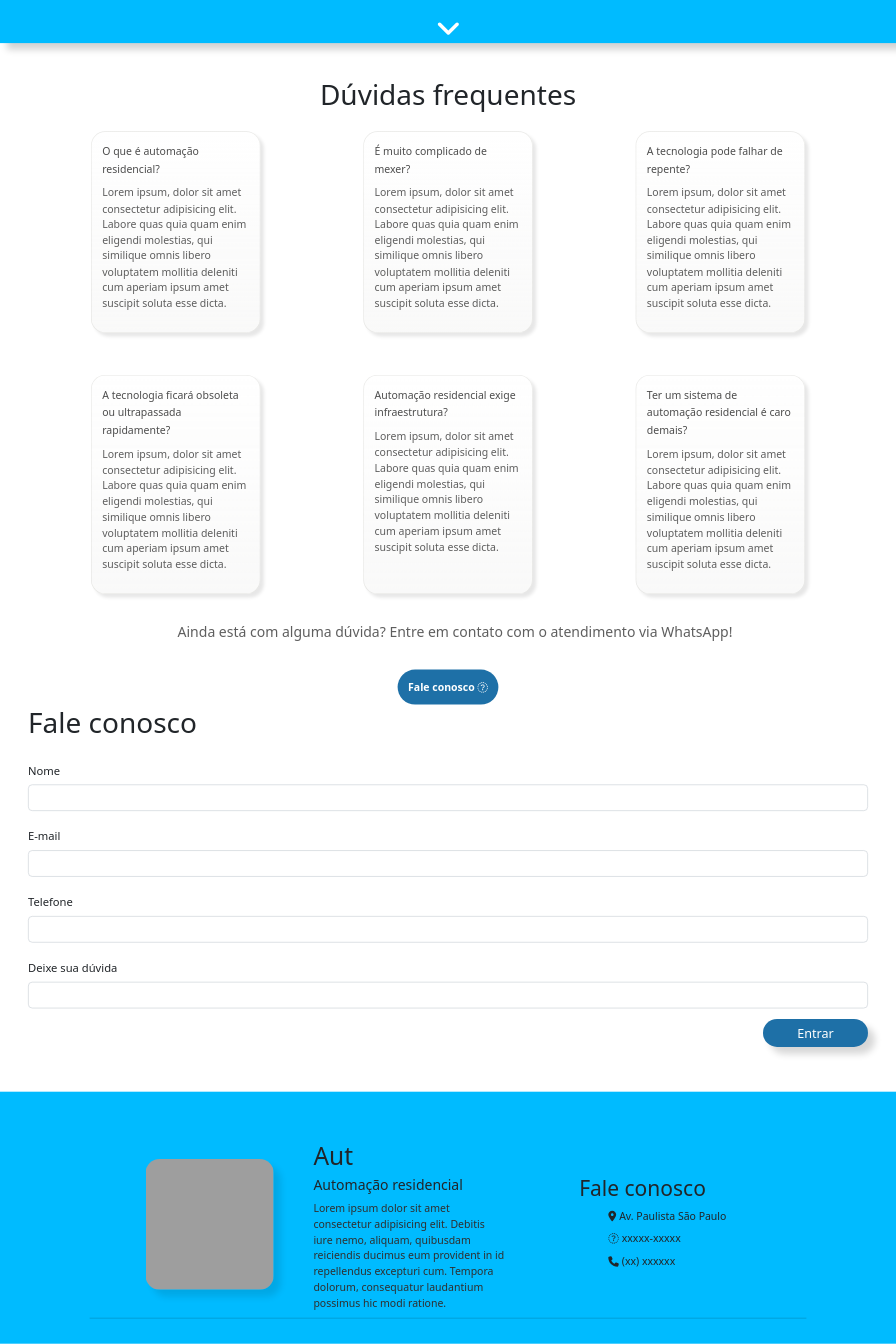
Repository: BulleST/SouHi_Institucional
Page: home.html
The author's editor kept a copy of each file at every save. The page is drawn from the files as they stood at one save, then again after the next save.
The browser window is 1280 px wide. The pictures show the part of the page from y = 1621 to 3541 px (the page is 3541 px tall before and 3447 px after), at 70% of full size.
Pictures or frames that could not be fetched are drawn as grey boxes.

Above is the page before, as saved 2022-10-27 17:19:45.

### home.html
<!DOCTYPE html>
<html lang="pt-br">

<head>
  <meta charset="UTF-8">
  <meta http-equiv="X-UA-Compatible" content="IE=edge">
  <meta name="viewport" content="width=device-width, initial-scale=1.0">
  <title>SouHi - Soluções Automatizadas</title>

  <script src="https://code.jquery.com/jquery-3.6.1.js" integrity="sha256-3zlB5s2uwoUzrXK3BT7AX3FyvojsraNFxCc2vC/7pNI="
    crossorigin="anonymous"></script>


    <!-- Bootstrap -->
<link href="https://cdn.jsdelivr.net/npm/bootstrap@5.2.2/dist/css/bootstrap.min.css" rel="stylesheet" integrity="sha384-Zenh87qX5JnK2Jl0vWa8Ck2rdkQ2Bzep5IDxbcnCeuOxjzrPF/et3URy9Bv1WTRi" crossorigin="anonymous">
<script src="https://cdn.jsdelivr.net/npm/bootstrap@5.2.2/dist/js/bootstrap.bundle.min.js" integrity="sha384-OERcA2EqjJCMA+/3y+gxIOqMEjwtxJY7qPCqsdltbNJuaOe923+mo//f6V8Qbsw3" crossorigin="anonymous"></script>
  <!-- Fontawesome -->
  <link rel="stylesheet" href="https://cdnjs.cloudflare.com/ajax/libs/font-awesome/6.2.0/css/all.min.css"
    integrity="sha512-xh6O/CkQoPOWDdYTDqeRdPCVd1SpvCA9XXcUnZS2FmJNp1coAFzvtCN9BmamE+4aHK8yyUHUSCcJHgXloTyT2A=="
    crossorigin="anonymous" referrerpolicy="no-referrer" />
  <script src="https://cdnjs.cloudflare.com/ajax/libs/font-awesome/6.2.0/js/all.min.js"
    integrity="sha512-naukR7I+Nk6gp7p5TMA4ycgfxaZBJ7MO5iC3Fp6ySQyKFHOGfpkSZkYVWV5R7u7cfAicxanwYQ5D1e17EfJcMA=="
    crossorigin="anonymous" referrerpolicy="no-referrer"></script>

  <!-- Slick Carousel -->
  <link rel="stylesheet" type="text/css" href="https://cdn.jsdelivr.net/npm/slick-carousel@1.8.1/slick/slick.css" />
  <script type="text/javascript" src="https://cdn.jsdelivr.net/npm/slick-carousel@1.8.1/slick/slick.min.js"></script>

  <!-- AOS -->
  <link rel="stylesheet" href="https://unpkg.com/aos@next/dist/aos.css">
  <script src="https://unpkg.com/aos@next/dist/aos.js"></script>

  <link rel="stylesheet" href="style.css">
  <script src="script.js" defer></script>

</head>

<body>
  <header>
    <div class="header-container bg-on" id="header">
      <div class="header-position">
        <div class="flex-item-image">
          <img src="img/logo_claro.png" alt="Logo Souhi">
        </div>
        <div class="flex-item-rotas">
          <nav class="rotas">
            <ul>
            <li> <a class="header__navigation-link" href="#home">Home</a></li>
              <li><a class="header__navigation-link" href="#quem-somos">Quem somos</a></li>
              <li><a class="header__navigation-link" href="#produtos">Ofertas</a></li>
              <li><a class="header__navigation-link" href="#duvidas">FAQ</a></li>
              <li><a class="header__navigation-link" href="#contatos">Contatos</a></li>
            </ul>
          </nav>
        </div>
        <div class="flex-item-contato">
          <a href="" class="btn-fale-conosco">Fale conosco!</a>
        </div>
      </div>
    </div>
  </header>


  <section>
    <section class="carrossel" id="inicio">
      <button class="btn-scroll-down">
        <i class="fas fa-chevron-down"></i>
      </button>
      <div class="slider">
        <div class=" first-item">
          <div class="slider__item-inner slider__item d-flex first-item-inner">
            <div class="slider__item-content first-content">
              <h3>Lorem Ipsum</h3>
              <hr>
              <p>Lorem ipsum dolor, sit amet consectetur adipisicing elit. Beatae fugiat voluptas consequatur voluptate perspiciatis aspernatur voluptates dolores inventore vero incidunt officia, modi dolorum. </p>
              <p class="my-2">Conheça nossos produtos!</p>
              <button class="btn btn-confira">Confira</button>
            </div>
            <div class="slider__item-image first-image">
              <img src="./img/house.png" alt="">
            </div>
          </div>
        </div>
        <div class="  second-item">

          <div class=" d-flex slider__item  second-item-inner">

            <div class="second-contain">
              <div class=" second-image">

                <img src="img/ic_launcher.png" alt="" >
                <img src="./img/phone.png" alt="">

              </div>
            <div class=" second-content">
              <h3>Lorem Ipsum</h3>

              <p>Lorem ipsum dolor, sit amet consectetur adipisicing elit.  </p>
              <a href="" class="btn-fale-conosco">Fale conosco!</a>

            </div>

          </div>

          </div>
        </div>
        <div class="  third-item">
          <div class=" d-flex slider__item  third-item-inner">
            <div class="third-contain">
              <div class=" third-image">
                <img src="img/smart-house-8.png" alt="" >
              </div>
            <div class=" third-content">
              <h3>Lorem Ipsum Ipsum</h3>
              <p>Lorem ipsum dolor, sit amet consectetur adipisicing elit. Lorem ipsum dolor, sit amet consectetur adipisicing elit. orem ipsum dolor, sit amet consectetur adipisicing elit. </p>
              <a href="" class="btn-fale-conosco mt-2">Fale conosco!</a>
            </div>
          </div>
          </div>
        </div>
        </div>
      </div>
    </section>

    <div class="bg">
      <div class="container wrapper">
        <section class="quem-somos" id="quem-somos">
          <img src="img/teste.jpg" alt="" class="imagem" data-aos="fade-right">
          <div class="texto" data-aos="fade-left">

            <h1>Quem somos</h1>
            <p>Lorem ipsum, dolor sit amet consectetur adipisicing elit. Iure, obcaecati alias magni reiciendis non ipsa
              asperiores deserunt quibusdam quasi ut odit, quaerat ex eum fugit pariatur rerum eius vitae maiores?</p>

            <button class="btn">Saiba mais <span> <i class="fa-solid fa-angles-right"></i></span></button>
          </div>
        </section>
        <div class="beneficios">
          <div class="card card-1" data-aos="fade-up">
            <div class="card-texto">
              <span> <i class="fa-solid fa-dollar-sign icone-card"></i></span>
              <h1>Economia</h1>
              <p>Lorem, ipsum dolor sit amet consectetur adipisicing elit. Saepe placeat repellat magni est praesentium
                quaerat aspernatur incidunt sint, quisquam voluptates aut fugiat vel dolorum maxime alias autem, sunt
                quae amet!</p>
            </div>
          </div>
          <div class="card card-2" data-aos="fade-up">
            <div class="card-texto">
              <span> <i class="fa-solid fa-shield icone-card"></i></span>
              <h1>Segurança</h1>
              <p>Lorem, ipsum dolor sit amet consectetur adipisicing elit. Saepe placeat repellat magni est praesentium
                quaerat aspernatur incidunt sint, quisquam voluptates aut fugiat vel dolorum maxime alias autem, sunt
                quae amet!</p>
            </div>
          </div>
          <div class="card card-3" data-aos="fade-up">
            <div class="card-texto">
              <span> <i class="fa-solid fa-check icone-card"></i></span>
              <h1>Conveniência</h1>
              <p>Lorem, ipsum dolor sit amet consectetur adipisicing elit. Saepe placeat repellat magni est praesentium
                quaerat aspernatur incidunt sint, quisquam voluptates aut fugiat vel dolorum maxime alias autem, sunt
                quae amet!</p>
            </div>
          </div>
          <div class="card card-4" data-aos="fade-up">
            <div class="card-texto">
              <span> <i class="fa-solid fa-couch icone-card"></i></span>
              <h1>Conforto</h1>
              <p>Lorem, ipsum dolor sit amet consectetur adipisicing elit. Saepe placeat repellat magni est praesentium
                quaerat aspernatur incidunt sint, quisquam voluptates aut fugiat vel dolorum maxime alias autem, sunt
                quae amet!</p>
            </div>
          </div>
        </div>
      </div>


      <div class="produtos-fechado" id="produtos">
        <div class="produtos-texto">
          <h1>O que você quer automatizar?</h1>
          <p>Lorem ipsum dolor sit, amet consectetur adipisicing elit. Explicabo odit eveniet molestiae reiciendis ab
            odio ipsum labore! Culpa optio consectetur, laboriosam quia enim vitae consequuntur tempora id in quos
            ipsum!</p>

          <span class="pra"><i class="fa-solid fa-angle-down down" id="show-or-hide"></i></span>
        </div>

      </div>
      <!-- <div class="produtos-aberto">
        <div class=" sessao  mySwiper container">
          <div class="swiper-wrapper content">

            <div class="swiper-slide card">
              <div class="card-content">

                <div class="image">
                  <img src="https://source.unsplash.com/random/250x250" alt="" class="eseu">

                </div>
              </div>
            </div>

            <div class="swiper-slide card">
              <div class="card-content">

                <div class="image">
                  <img src="https://source.unsplash.com/random/250x250" alt="" class="eseu">
                </div>
              </div>
            </div>

            <div class="swiper-slide card">

              <div class="card-content">

                <div class="image">
                  <img src="https://source.unsplash.com/random/250x250" alt="" class="eseu">
                </div>
              </div>
            </div>

            <div class="swiper-slide card">
              <div class="card-content">


                <div class="image">

                  <img src="https://source.unsplash.com/random/250x250" alt="" class="eseu">
                </div>
              </div>
            </div>
          </div>
        </div>
        <div class="swiper-button-next"></div>
        <div class="swiper-button-prev"></div>
        <div class="swiper-paggination"></div>
      </div> -->
    </div>






    <div class="wrapper">
      <div class="duvidas" id="duvidas">
        <h1>Dúvidas frequentes</h1>
        <div class="duvida-card">
          <div class="grupo1">
            <div class="duvida s1 " data-aos="fade-up">
              <span>
                <fa-icon [icon]="['fas', 'question-circle']" class="duvidas-icones"></fa-icon>
                <h2>O que é automação residencial?</h2>
              </span>
              <p>Lorem ipsum, dolor sit amet consectetur adipisicing elit. Labore quas quia quam enim eligendi
                molestias, qui similique omnis libero voluptatem mollitia deleniti cum aperiam ipsum amet suscipit
                soluta esse dicta.</p>
            </div>
            <div class="duvida s2 " data-aos="fade-up">
              <span>
                <fa-icon [icon]="['fas', 'question-circle']" class="duvidas-icones"></fa-icon>
                <h2>É muito complicado de mexer?</h2>
              </span>

              <p>Lorem ipsum, dolor sit amet consectetur adipisicing elit. Labore quas quia quam enim eligendi
                molestias, qui similique omnis libero voluptatem mollitia deleniti cum aperiam ipsum amet suscipit
                soluta esse dicta.</p>
            </div>
            <div class="duvida s3 " data-aos="fade-up">
              <span>
                <fa-icon [icon]="['fas', 'question-circle']" class="duvidas-icones"></fa-icon>
                <h2>A tecnologia pode falhar de repente?</h2>
              </span>

              <p>Lorem ipsum, dolor sit amet consectetur adipisicing elit. Labore quas quia quam enim eligendi
                molestias, qui similique omnis libero voluptatem mollitia deleniti cum aperiam ipsum amet suscipit
                soluta esse dicta.</p>
            </div>
          </div>
          <div class="grupo2">


            <div class="duvida s4 " data-aos="fade-up">
              <span>
                <fa-icon [icon]="['fas', 'question-circle']" class="duvidas-icones"></fa-icon>
                <h2>A tecnologia ficará obsoleta ou ultrapassada rapidamente?</h2>
              </span>

              <p>Lorem ipsum, dolor sit amet consectetur adipisicing elit. Labore quas quia quam enim eligendi
                molestias, qui similique omnis libero voluptatem mollitia deleniti cum aperiam ipsum amet suscipit
                soluta esse dicta.</p>


            </div>
            <div class="duvida s5 " data-aos="fade-up">
              <span>
                <fa-icon [icon]="['fas', 'question-circle']" class="duvidas-icones"></fa-icon>
                <h2>Automação residencial exige infraestrutura?</h2>
              </span>

              <p>Lorem ipsum, dolor sit amet consectetur adipisicing elit. Labore quas quia quam enim eligendi
                molestias, qui similique omnis libero voluptatem mollitia deleniti cum aperiam ipsum amet suscipit
                soluta esse dicta.</p>
            </div>
            <div class="duvida s6 " data-aos="fade-up">
              <span>
                <fa-icon [icon]="['fas', 'question-circle']" class="duvidas-icones"></fa-icon>
                <h2>Ter um sistema de automação residencial é caro demais?</h2>
              </span>

              <p>Lorem ipsum, dolor sit amet consectetur adipisicing elit. Labore quas quia quam enim eligendi
                molestias, qui similique omnis libero voluptatem mollitia deleniti cum aperiam ipsum amet suscipit
                soluta esse dicta.</p>
            </div>
          </div>
        </div>
        <div class="duvidas-link">
          <p>Ainda está com alguma dúvida? Entre em contato com o atendimento via WhatsApp!</p>
          <a href="" class="duvidas-link-a">Fale conosco <i class='fa fa-whatsapp'></i></a>

        </div>
      </div>
    </div>
    <div class="wrapper">
    <div class="fale-conosco">
      <h1>Fale conosco</h1>
      <form action="">
        <div class="row">
        <div action="" class="form-group mt-4">
          <label for="" class="form-label">Nome</label>
          <input type="text" class="form-control" required>
        </div>
        <div action="" class="form-group mt-4">
          <label for="" class="form-label">E-mail</label>
          <input type="text" class="form-control" required>
        </div>
      </div>
        <div action="" class="form-group mt-4">
          <label for="" class="form-label">Telefone</label>
          <input type="text" class="form-control">
        </div>
        <div action="" class="form-group mt-4">
          <label for="" class="form-label">Deixe sua dúvida</label>
          <input type="textarea" class="form-control">
        </div>
        <div class="form-group d-flex justify-content-end ">
          <button type="submit" class=" botao-fale-conosco">Entrar</button>
        </div>



      </form>
    </div>
  </div>

    </div>


 <div class="link-top link-on" ><a href="#inicio">


  <i class="fa-solid fa-angle-up"></i></a></div>
  </section>

  <section class="footer">

    </div>
    <div class="footer-position">
      <div class="finalizacao">
        <img src="img/pexels-liza-summer-6347719.jpg" alt="" class="footer-img">
        <div class="texto">
          <h1>Aut</h1>
          <h2>Automação residencial</h2>
          <p>Lorem ipsum dolor sit amet consectetur adipisicing elit. Debitis iure nemo, aliquam, quibusdam reiciendis
            ducimus eum provident in id repellendus excepturi cum. Tempora dolorum, consequatur laudantium possimus hic
            modi ratione.</p>
        </div>
      </div>
      <div class="contato">
        <div class="contato-texto">
          <h2>Fale conosco</h2>

          <ul>
            <li><i class="fa-solid fa-location-dot"></i> Av. Paulista São Paulo </li>
            <li><i class='fa fa-whatsapp'></i> xxxxx-xxxxx</li>
            <li><i class="fa-solid fa-phone"></i> (xx) xxxxxx</li>
          </ul>
        </div>
      </div>

    </div>

  </section>

</body>


<script>




</script>

</html>

Loaded but not shown: script.js (75 lines, source omitted); style.css (1128 lines, source omitted)

After the next save:
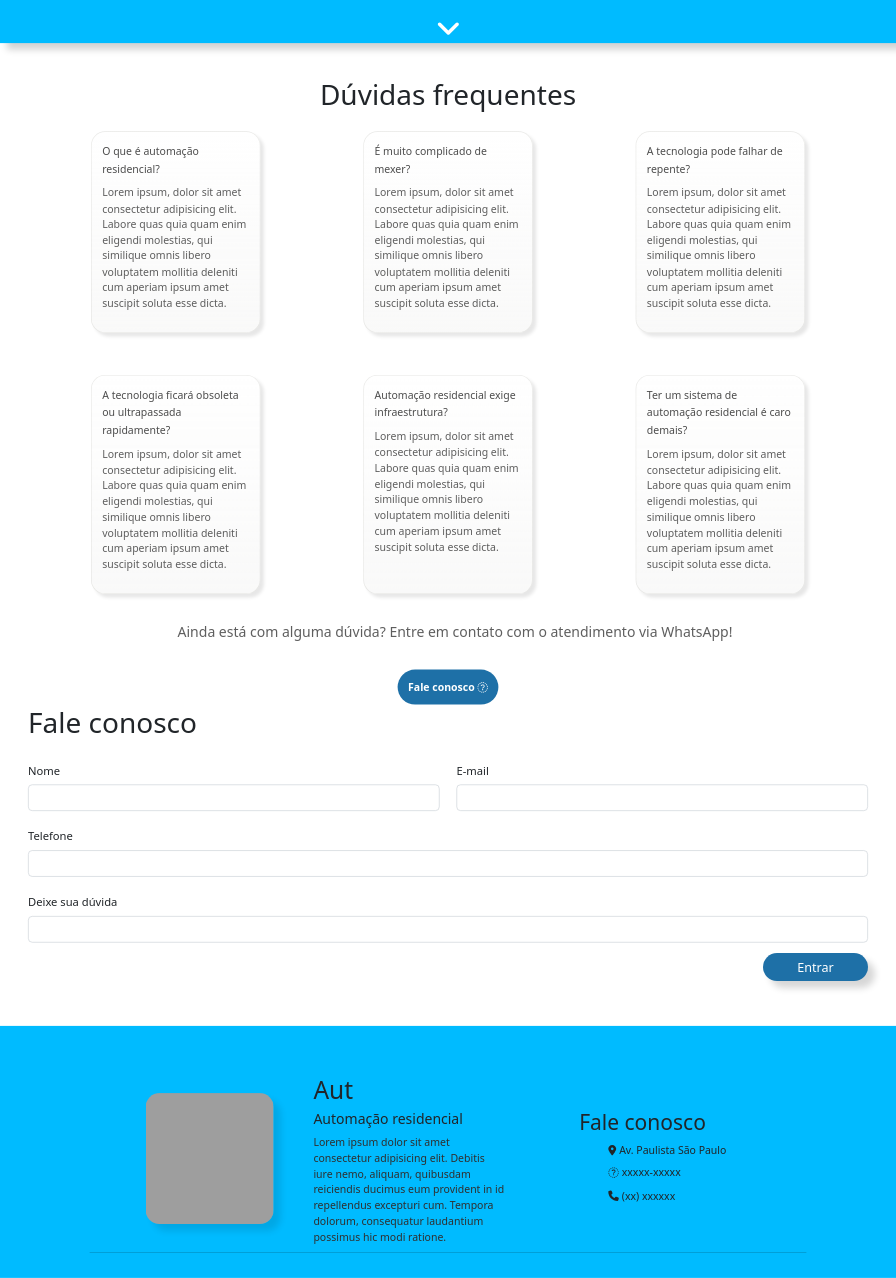
Saved 15 s later.
--- a/home.html
+++ b/home.html
@@ -327,11 +327,11 @@
       <h1>Fale conosco</h1>
       <form action="">
         <div class="row">
-        <div action="" class="form-group mt-4">
+        <div action="" class="form-group mt-4 col-6">
           <label for="" class="form-label">Nome</label>
           <input type="text" class="form-control" required>
         </div>
-        <div action="" class="form-group mt-4">
+        <div action="" class="form-group mt-4 col-6">
           <label for="" class="form-label">E-mail</label>
           <input type="text" class="form-control" required>
         </div>
